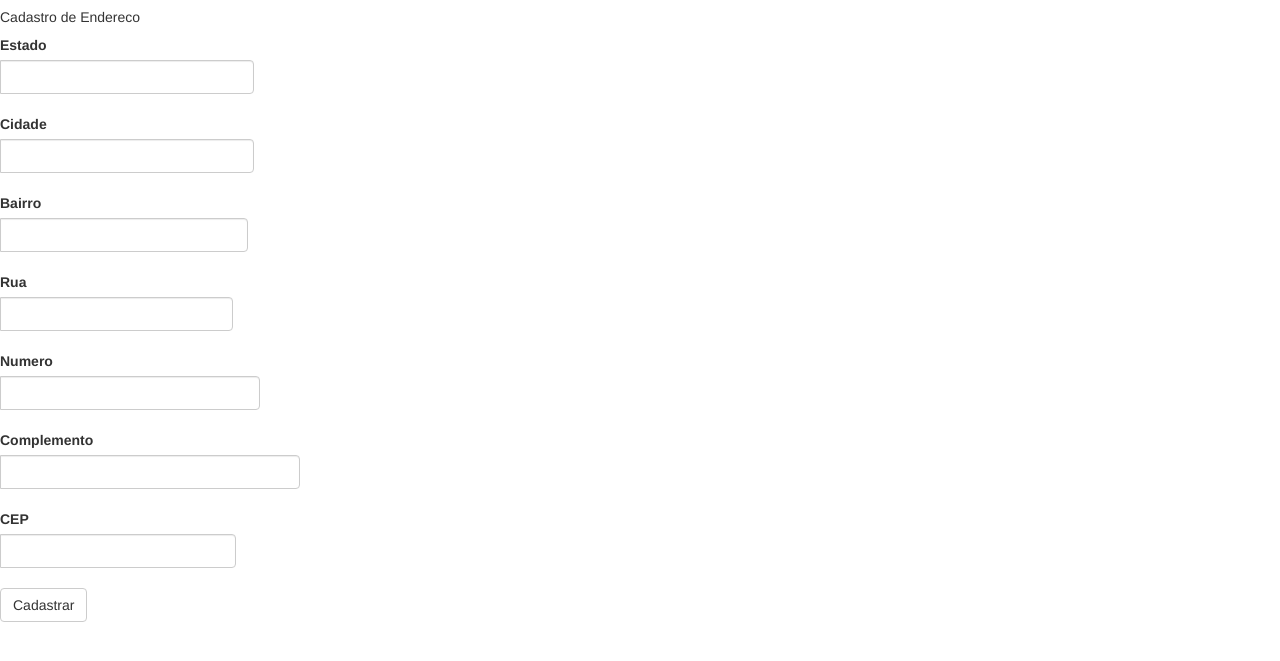
Repository: cadupedrassani/CursoDeJava
Page: Avaliação/BaseAPI/WebApp/src/main/webapp/endereco/cadastro.html
These files come from the project's save history. The page is drawn as it stood at one moment and after the next save; the edit follows.
The browser window is 1280 px wide. The pictures show the whole page.

Above is the page before, as saved 2016-12-05 18:11:38.

After the next save:
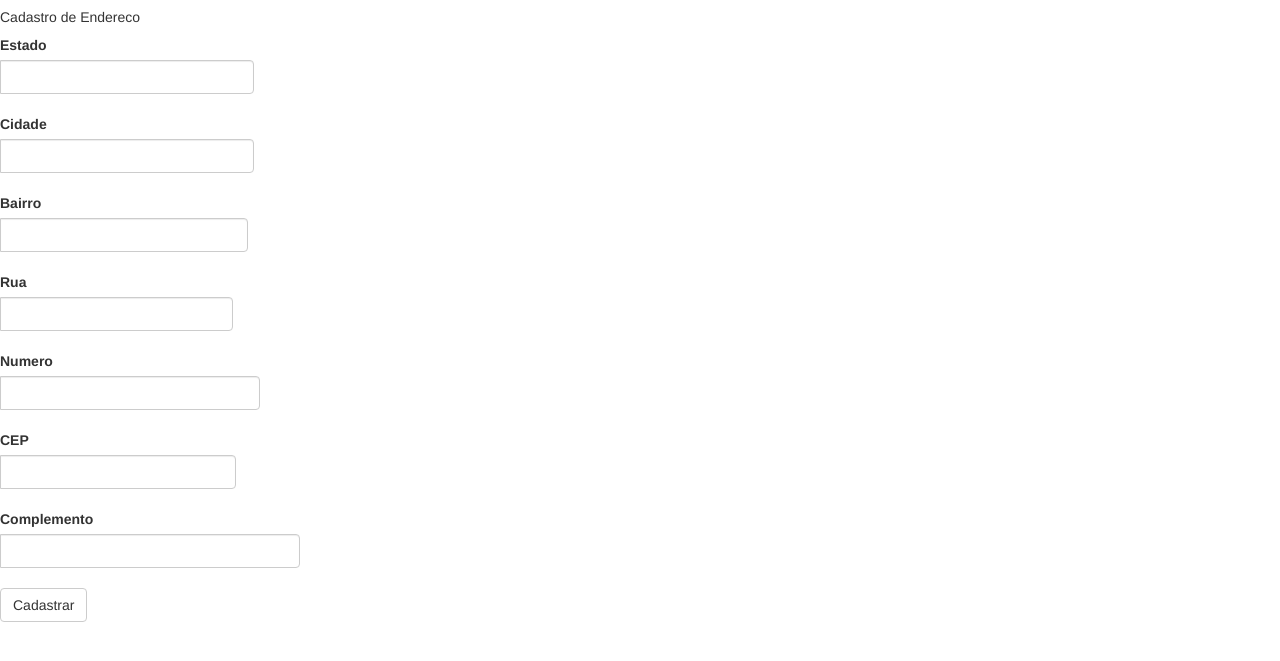
Saved 6 min 22 s later.
--- a/Avaliação/BaseAPI/WebApp/src/main/webapp/endereco/cadastro.html
+++ b/Avaliação/BaseAPI/WebApp/src/main/webapp/endereco/cadastro.html
@@ -49,16 +49,16 @@
 </br>
 
 <div class="input-group">
-	<label>Complemento</label>
-	<input id="complemento-endereco"
+	<label>CEP</label>
+	<input id="cep-endereco"
 	       type="text"
 	       class="form-control"></input>
 </div>
 </br>
 
 <div class="input-group">
-	<label>CEP</label>
-	<input id="cep-endereco"
+	<label>Complemento</label>
+	<input id="complemento-endereco"
 	       type="text"
 	       class="form-control"></input>
 </div>
